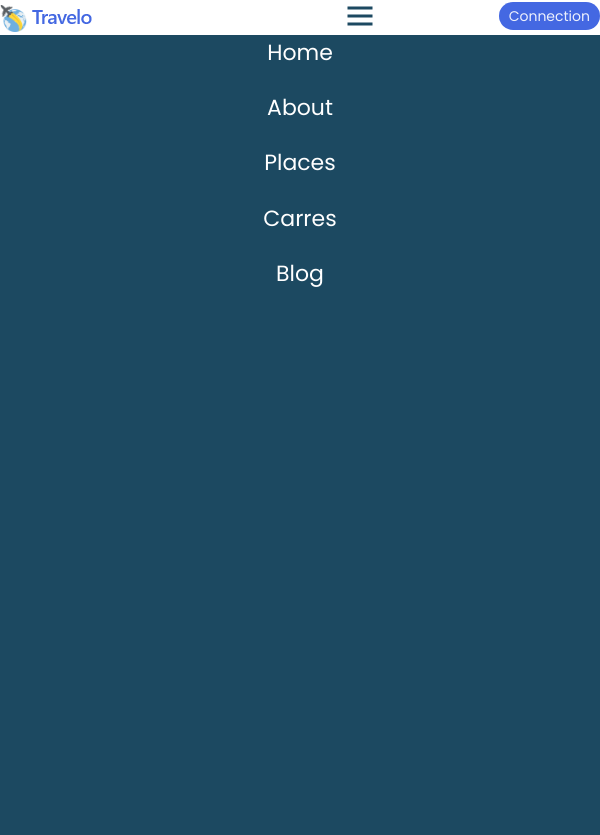
Repository: kuluong2000/travel
Page: index.html
These files come from the project's save history. The page is drawn as it stood at one moment and after the next save; the edit follows.
The browser window is 600 px wide. The pictures show the whole page.
The style sheet was rebuilt from its Sass, Less or Tailwind sources for each picture, by a compiler version that may differ from the author's.

Above is the page before, as saved 2021-09-03 22:31:03.

### index.html
<!DOCTYPE html>
<html lang="en">
  <head>
    <meta charset="UTF-8" />
    <meta http-equiv="X-UA-Compatible" content="IE=edge" />
    <meta name="viewport" content="width=device-width, initial-scale=1.0" />
    <link rel="stylesheet" href="./libs/css/bootstrap.min.css" />
    <link rel="stylesheet" href="./libs/css/animate.css" />
    <link rel="stylesheet" href="./libs/css/slick-theme.css" />
    <link rel="stylesheet" href="./libs/css/slick.css" />
    <link rel="stylesheet" href="./assets/css/reset.css" />
    <link rel="stylesheet" href="./assets/css/style.css" />
    <link rel="stylesheet" href="./assets/css/responsive.css" />
    <title>Document</title>
  </head>
  <body>
    <header class="header">
      <div class="container">
        <div class="row">
          <div class="header__main">
            <div class="header__logo">
              <a href="/">
                <img src="./assets/image/logo.png" alt="" srcset="" />
              </a>
            </div>
            <div class="sub-menu">
              <div class="line1"></div>
              <div class="line2"></div>
              <div class="line3"></div>
            </div>
            <nav>
              <ul class="header__menu">
                <li class="header__menu__item">
                  <a class="header__mennu__item__link" href="/">Home</a>
                </li>
                <li class="header__menu__item">
                  <a class="header__mennu__item__link" href="/">About</a>
                </li>
                <li class="header__menu__item">
                  <a class="header__mennu__item__link" href="/">Places</a>
                </li>
                <li class="header__menu__item">
                  <a class="header__mennu__item__link" href="/">Carres</a>
                </li>
                <li class="header__menu__item">
                  <a class="header__mennu__item__link" href="/">Blog</a>
                </li>
              </ul>
            </nav>
            <a href="#" class="header__conn"> Connection </a>
          </div>
        </div>
      </div>
    </header>

    <script src="./libs/Js/jquery-3.5.1.slim.min.js"></script>
    <script src="./libs/Js/bootstrap.min.js"></script>
    <script src="./libs/Js/slick.min.js"></script>
    <script src="./libs/Js/wow.js"></script>
  </body>
</html>

### assets/css/reset.css
html, body, div, span, applet, object, iframe,
h1, h2, h3, h4, h5, h6, p, blockquote, pre,
a, abbr, acronym, address, big, cite, code,
del, dfn, em, img, ins, kbd, q, s, samp,
small, strike, strong, sub, sup, tt, var,
b, u, i, center,
dl, dt, dd, ol, ul, li,
fieldset, form, label, legend,
table, caption, tbody, tfoot, thead, tr, th, td,
article, aside, canvas, details, embed,
figure, figcaption, footer, header, hgroup,
menu, nav, output, ruby, section, summary,
time, mark, audio, video {
	margin: 0;
	padding: 0;
	border: 0;
	font-size: 100%;
	vertical-align: baseline;
}
/* HTML5 display-role reset for older browsers */
article, aside, details, figcaption, figure,
footer, header, hgroup, menu, nav, section {
	display: block;
}
* {
	box-sizing: border-box;
}
body {
	line-height: 1;
  font-family: 'Muli', sans-serif;


  font-style: normal;
  font-weight: normal;
  font-size: 16px;
  line-height: 32px;
}
ol, ul {
	list-style: none;
}
blockquote, q {
	quotes: none;
}
blockquote:before, blockquote:after,
q:before, q:after {
	content: '';
	content: none;
}
table {
	border-collapse: collapse;
	border-spacing: 0;
}

img {
  max-width: 100%;
	vertical-align: bottom;
}
a {
	outline: none;
}

### assets/css/responsive.css

@media (min-width:1920px){
    .container{
        max-width: 1804px;
    }
}
@media (min-width:1400px) and (max-width:1919px){

}
@media (min-width:1200px) and (max-width:1399px){

}
@media (min-width:992px) and (max-width:1199px){
    .header__menu__item:not(:first-child) {
        margin-left: 65px;
    }
}
@media (min-width:768px) and (max-width:991px){
    .header__menu__item:not(:first-child) {
        margin-left: 25px;
    }
    .header__conn {

        font-size: 16px;
        padding: 3px 10px;
    }
}
@media  (max-width:767px){
    .container{
        max-width: 100%;

        margin:0 ;
    }
    .header__main {
        padding: 0;
    }
    .header__menu {
        position: absolute;
        flex-direction: column;
        background: #1C4961;
        width: 100%;
        height: 100vh;
        left: 0;
        top: 35px;
        justify-content: unset;
    }
    .header__mennu__item__link {
        color: white;;
    }
    .sub-menu{
        display: block;
        left: 60%;
        top: 50%;
        transform: translate(-50%,-50%);
    }
    .header__menu__item:not(:first-child) {
        margin-left: 0;
    }
    .header__menu__item:not(:last-child){
        margin-bottom: 20px;
    }
    .header__conn {
        font-size: 14px;
        padding: 3px 10px;
    }
}

### assets/sass/style.scss
@import "global";
@import "variable";
@import "header";

### assets/sass/_global.scss
@import url('https://fonts.googleapis.com/css2?family=Montserrat:wght@300;400;500;600;700;800;900&family=Poppins:wght@300;400;500;600;700;800;900&display=swap');
*{
    padding: 0;
    margin: 0;
    box-sizing: border-box;
}
body{
    font-family: 'Poppins', sans-serif;
    line-height: 1.6;
    font-size: 20px;

}

### assets/sass/_variable.scss
$color-white:#FFFFFF;
$color-dark-blue:#1C4961;
$color-blue:#4468E2;
$color-light-blue:#E1E8F8;
$color-black:#000000;
$color-text:#163235;
$color-gray:#848484

### assets/sass/_header.scss
.header{
    position: relative;
    &__main{
        display:flex;
        justify-content: space-between;
        align-items: center;
        padding:20px 0

    }
    &__logo{
        display: inline-block;

    }
    &__menu{
        display:flex;
        justify-content: space-between;
        align-items: center;

    }
    &__menu__item:not(:first-child){
        margin-left: 82px;
    }
    &__mennu__item__link{
        text-decoration: none;
        color: $color-dark-blue;
        font-size: 22px;
        position: relative;
        &::after{
            content: '';
            position: absolute;
            width: 100%;
            height: 2px;
            background-color: $color-blue;
            left: 0;
            bottom: 0;
            transition: 0.5s;
            transform: scale(0);
        }
        &:hover::after{
            transform: scale(1);
        }
    }
    &__conn{
        text-decoration: none;
        background-color: $color-blue;
        color:rgba($color-white, $alpha: 0.9) ;
        font-size: 19px;
        border-radius: 25px;
        padding:5px 15px;
        transition: 0.5s;

        &:hover{
             color:rgba($color-white, $alpha: 1) ;
            background-color: $color-dark-blue;
        }
    }
}
.sub-menu{
    position: absolute;
    display: none;
}
.sub-menu div {
    cursor: pointer;
    width: 25px;
    height: 3px;
    background-color: $color-dark-blue;
    margin: 5px;
    transition: transform 0.5s linear;
}
.active .line1{
    transform:  rotate(-45deg) translate(-5px,6px);
}
.active .line2{
    opacity: 0;
}
.active .line3{
    transform: rotate(45deg) translate(-5px, -6px);
}

Loaded but not shown: libs/css/bootstrap.min.css (library); libs/css/animate.css (library); libs/css/slick-theme.css (library); libs/css/slick.css (common file); libs/Js/jquery-3.5.1.slim.min.js (library); libs/Js/bootstrap.min.js (library); libs/Js/slick.min.js (library); libs/Js/wow.js (library)

After the next save:
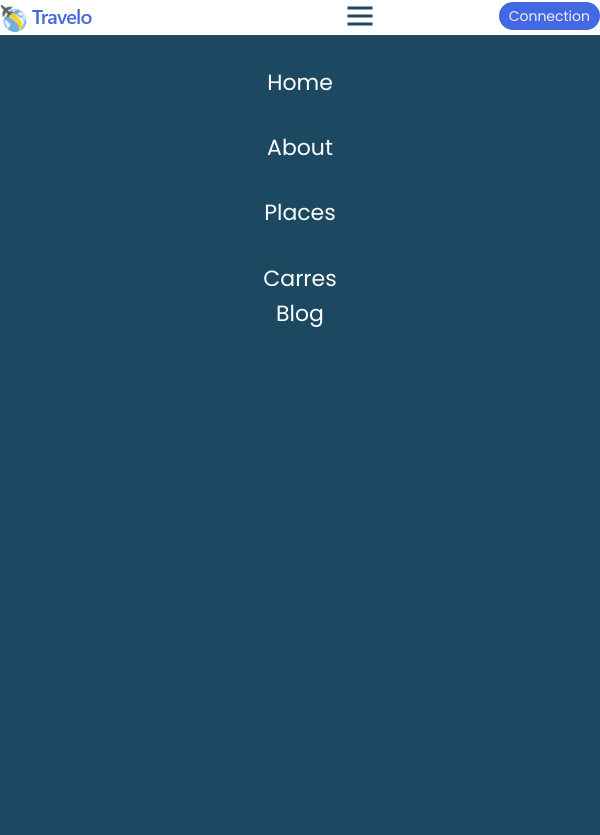
Saved 12 s later.
--- a/assets/css/responsive.css
+++ b/assets/css/responsive.css
@@ -57,7 +57,7 @@
         margin-left: 0;
     }
     .header__menu__item:not(:last-child){
-        margin-bottom: 20px;
+        margin-top: 30px;
     }
     .header__conn {
         font-size: 14px;
